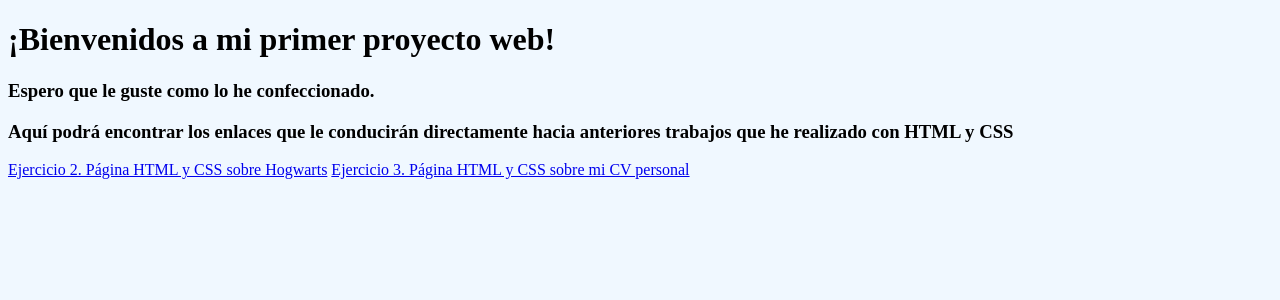
Repository: Pablosky971/Ejercicio-4.-Proyecto-Web
Page: http://localhost/Ejercicio4/
An editor plug-in stored every save of this project. The page is shown before and after a run of saves, followed by the edit.
The browser window is 1280 px wide. The pictures show the whole page.
The page is served by Tomcat 9.

Above is the page before, as saved 2022-03-09 12:25:10.

### Ejercicio4/src/main/webapp/index.html
<!DOCTYPE html>
<html>
<head>
<meta charset="UTF-8">
<title>Presentación</title>
<link rel="stylesheet" href="css/index.css">
</head>
<body>
	<header>
		<h1 class="titulo"> ¡Bienvenidos a mi primer proyecto web! </h1>
		<h3 class="subtitulo"> Espero que le guste como lo he confeccionado.</h3>

	</header>

	<main>

	<nav>
		<h3 class="navegacion"> Aquí podrá encontrar los enlaces que le conducirán directamente hacia anteriores trabajos que he realizado con HTML y CSS</h3>
		<a href="ejercicio2"> Ejercicio 2. Página HTML y CSS sobre Hogwarts</a>
		<a href="ejercicio3"> Ejercicio 3. Página HTML y CSS sobre mi CV personal</a>
	</nav>
	</main>

</body>
</html>

### Ejercicio4/src/main/webapp/css/index.css
body {
	background-color: aliceblue;

}
h1.titulo {
	font-family:
}

h3.subtitulo {

}

h3.navegacion {

}

a {

}

After the next 2 saves:
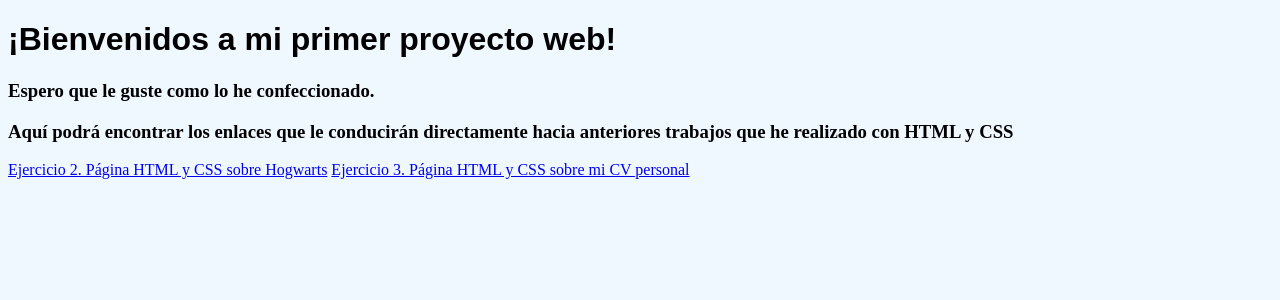
The 2 saves are shown as one change because they came seconds apart.
The last was saved 10 s later.
--- a/Ejercicio4/src/main/webapp/css/index.css
+++ b/Ejercicio4/src/main/webapp/css/index.css
@@ -3,7 +3,8 @@ body {
 
 }
 h1.titulo {
-	font-family:
+	font-family: sans-serif;
+	f
 }
 
 h3.subtitulo {
